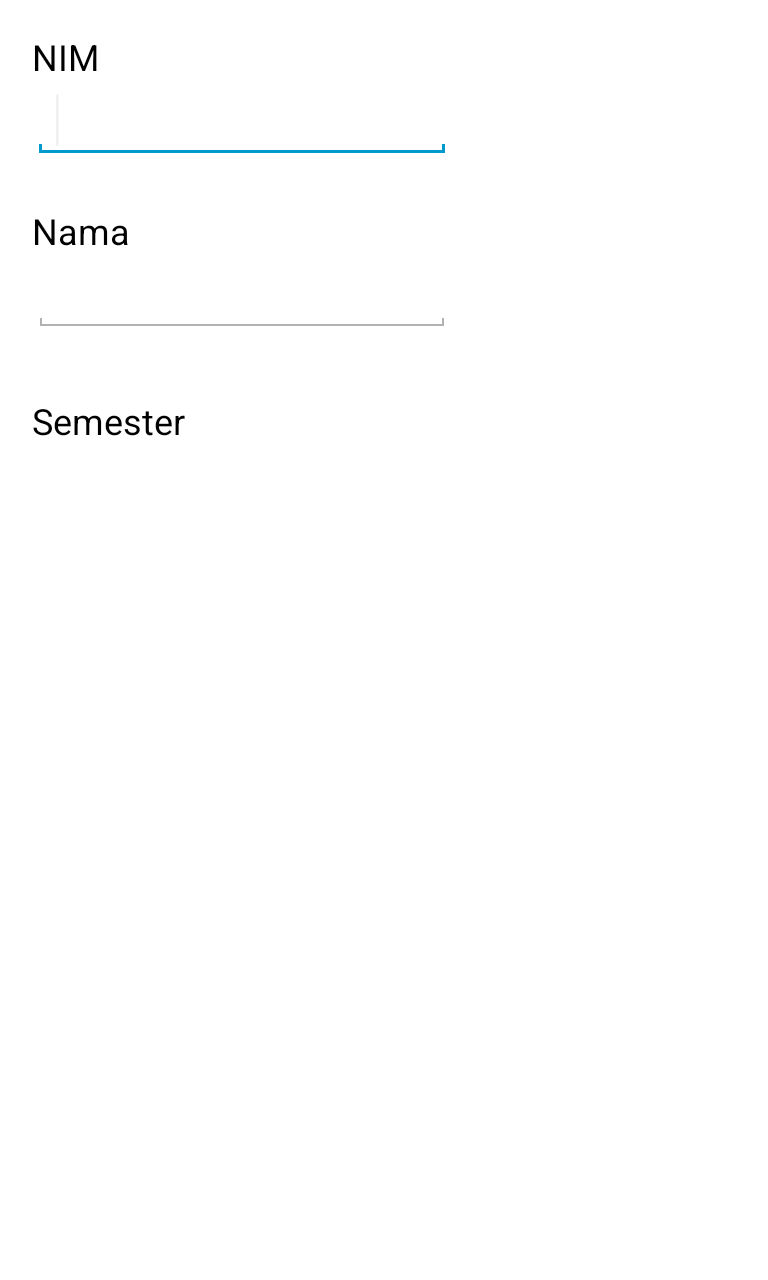
Repository: Wardiyansyah/mobile-programming-java
Layout: 2028807039/res/layout/activity_main2.xml
The author's editor kept a copy of each file at every save. The layout is drawn from the files as they stood at one save, then again after the next save.
It is drawn on a 768 x 1280 px phone screen (xhdpi) without system bars, with theme AppTheme; the app's code is not run.

Above is the layout before, as saved 2026-10-25 06:11:17.

### 2028807039/res/layout/activity_main2.xml
<RelativeLayout xmlns:android="http://schemas.android.com/apk/res/android"
    xmlns:tools="http://schemas.android.com/tools"
    android:layout_width="match_parent"
    android:layout_height="match_parent"
    android:paddingBottom="@dimen/activity_vertical_margin"
    android:paddingLeft="@dimen/activity_horizontal_margin"
    android:paddingRight="@dimen/activity_horizontal_margin"
    android:paddingTop="@dimen/activity_vertical_margin"
    tools:context=".MainActivity2" >

    <TextView
        android:id="@+id/textView1"
        android:layout_width="wrap_content"
        android:layout_height="wrap_content"
        android:layout_alignParentLeft="true"
        android:layout_alignParentTop="true"
        android:text="NIM"
        android:textAppearance="?android:attr/textAppearanceMedium" />

    <EditText
        android:id="@+id/editText1"
        android:layout_width="wrap_content"
        android:layout_height="wrap_content"
        android:layout_alignParentLeft="true"
        android:layout_below="@+id/textView1"
        android:ems="10" >

        <requestFocus />
    </EditText>

    <TextView
        android:id="@+id/textView2"
        android:layout_width="wrap_content"
        android:layout_height="wrap_content"
        android:layout_alignLeft="@+id/editText1"
        android:layout_below="@+id/editText1"
        android:layout_marginTop="23dp"
        android:text="Nama"
        android:textAppearance="?android:attr/textAppearanceMedium" />

    <EditText
        android:id="@+id/editText2"
        android:layout_width="wrap_content"
        android:layout_height="wrap_content"
        android:layout_alignLeft="@+id/textView2"
        android:layout_below="@+id/textView2"
        android:ems="10" />

    <TextView
        android:id="@+id/textView3"
        android:layout_width="wrap_content"
        android:layout_height="wrap_content"
        android:layout_alignLeft="@+id/editText2"
        android:layout_below="@+id/editText2"
        android:layout_marginTop="31dp"
        android:text="Semester"
        android:textAppearance="?android:attr/textAppearanceMedium" />

</RelativeLayout>

Loaded but not shown: 2028807039/res/values/styles.xml (common file); 2028807039/res/values-v11/styles.xml (common file); 2028807039/res/values-v14/styles.xml (common file); 2028807039/res/values/dimens.xml (common file)

After the next save:
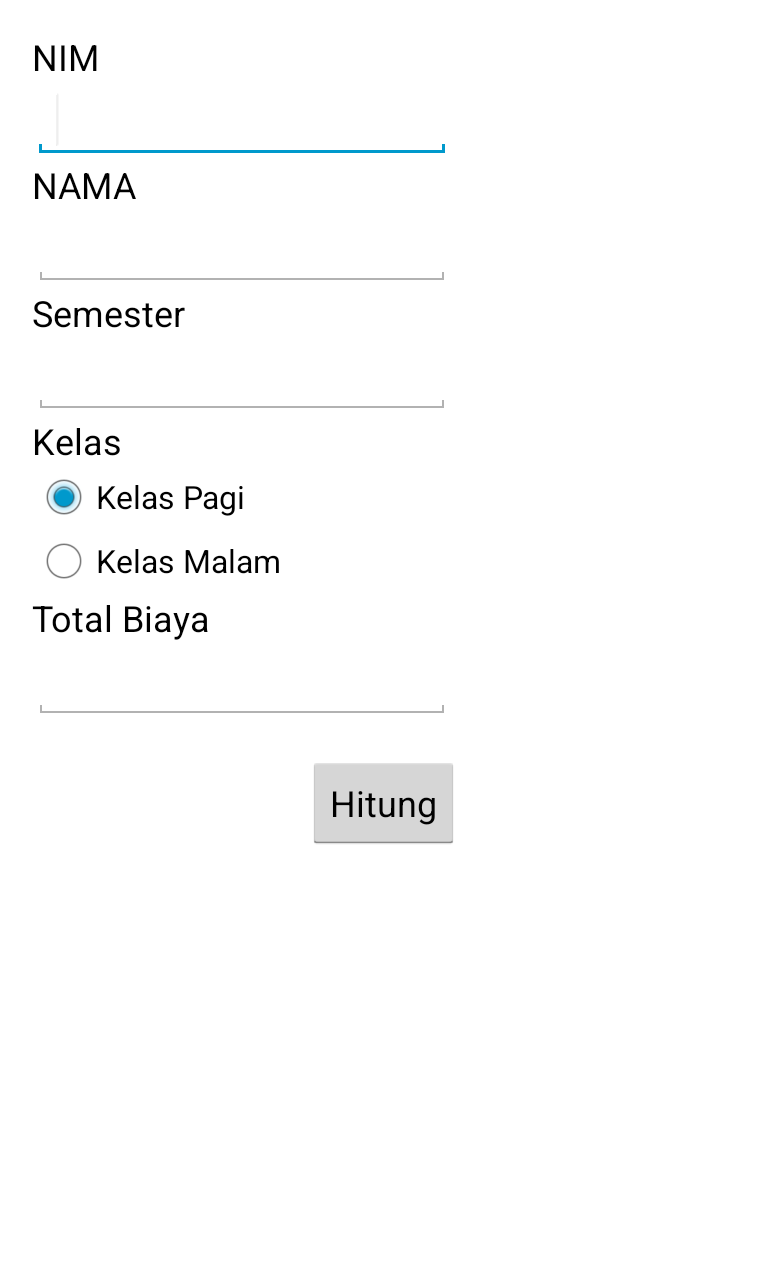
Saved 5 min 34 s later.
--- a/2028807039/res/layout/activity_main2.xml
+++ b/2028807039/res/layout/activity_main2.xml
@@ -18,7 +18,7 @@
         android:textAppearance="?android:attr/textAppearanceMedium" />
 
     <EditText
-        android:id="@+id/editText1"
+        android:id="@+id/txtNim"
         android:layout_width="wrap_content"
         android:layout_height="wrap_content"
         android:layout_alignParentLeft="true"
@@ -28,32 +28,96 @@
         <requestFocus />
     </EditText>
 
-    <TextView
-        android:id="@+id/textView2"
-        android:layout_width="wrap_content"
-        android:layout_height="wrap_content"
-        android:layout_alignLeft="@+id/editText1"
-        android:layout_below="@+id/editText1"
-        android:layout_marginTop="23dp"
-        android:text="Nama"
-        android:textAppearance="?android:attr/textAppearanceMedium" />
-
     <EditText
-        android:id="@+id/editText2"
+        android:id="@+id/txtNama"
         android:layout_width="wrap_content"
         android:layout_height="wrap_content"
         android:layout_alignLeft="@+id/textView2"
         android:layout_below="@+id/textView2"
         android:ems="10" />
 
+    <RadioGroup
+        android:id="@+id/grpKelas"
+        android:layout_width="wrap_content"
+        android:layout_height="wrap_content"
+        android:layout_alignLeft="@+id/textView4"
+        android:layout_below="@+id/textView4" >
+
+        <RadioButton
+            android:id="@+id/optPagi"
+            android:layout_width="wrap_content"
+            android:layout_height="wrap_content"
+            android:checked="true"
+            android:text="Kelas Pagi" />
+
+        <RadioButton
+            android:id="@+id/optMalam"
+            android:layout_width="wrap_content"
+            android:layout_height="wrap_content"
+            android:text="Kelas Malam" />
+    </RadioGroup>
+
+    <TextView
+        android:id="@+id/textView2"
+        android:layout_width="wrap_content"
+        android:layout_height="wrap_content"
+        android:layout_alignLeft="@+id/txtNim"
+        android:layout_below="@+id/txtNim"
+        android:text="NAMA"
+        android:textAppearance="?android:attr/textAppearanceMedium" />
+
     <TextView
         android:id="@+id/textView3"
         android:layout_width="wrap_content"
         android:layout_height="wrap_content"
-        android:layout_alignLeft="@+id/editText2"
-        android:layout_below="@+id/editText2"
-        android:layout_marginTop="31dp"
+        android:layout_alignLeft="@+id/txtNama"
+        android:layout_below="@+id/txtNama"
         android:text="Semester"
         android:textAppearance="?android:attr/textAppearanceMedium" />
 
+    <EditText
+        android:id="@+id/txtSmt"
+        android:layout_width="wrap_content"
+        android:layout_height="wrap_content"
+        android:layout_alignLeft="@+id/textView3"
+        android:layout_below="@+id/textView3"
+        android:ems="10"
+        android:inputType="number" />
+
+    <TextView
+        android:id="@+id/textView4"
+        android:layout_width="wrap_content"
+        android:layout_height="wrap_content"
+        android:layout_alignLeft="@+id/txtSmt"
+        android:layout_below="@+id/txtSmt"
+        android:text="Kelas"
+        android:textAppearance="?android:attr/textAppearanceMedium" />
+
+    <TextView
+        android:id="@+id/textView5"
+        android:layout_width="wrap_content"
+        android:layout_height="wrap_content"
+        android:layout_alignLeft="@+id/grpKelas"
+        android:layout_below="@+id/grpKelas"
+        android:text="Total Biaya"
+        android:textAppearance="?android:attr/textAppearanceMedium" />
+
+    <EditText
+        android:id="@+id/txtTotal"
+        android:layout_width="wrap_content"
+        android:layout_height="wrap_content"
+        android:layout_alignLeft="@+id/textView5"
+        android:layout_below="@+id/textView5"
+        android:ems="10"
+        android:inputType="number" />
+
+    <Button
+        android:id="@+id/btnHitung"
+        android:layout_width="wrap_content"
+        android:layout_height="wrap_content"
+        android:layout_below="@+id/txtTotal"
+        android:layout_centerHorizontal="true"
+        android:layout_marginTop="17dp"
+        android:text="Hitung" />
+
 </RelativeLayout>
